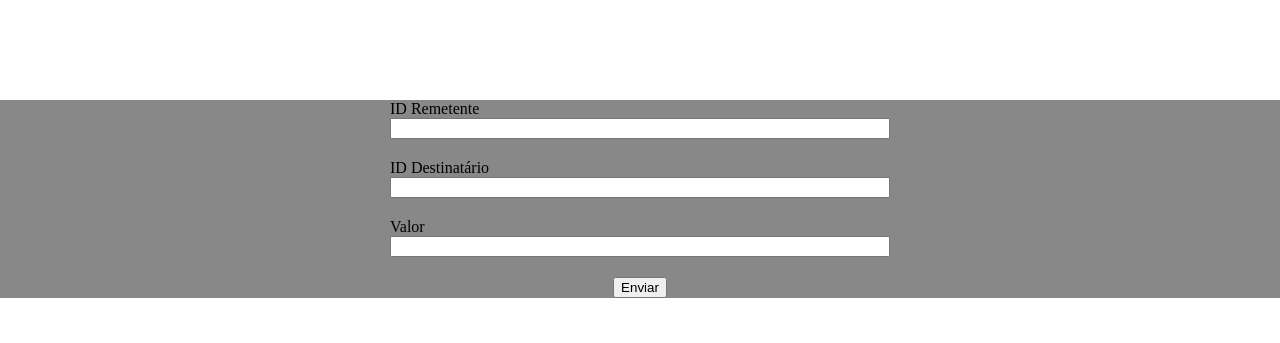
Repository: mateusilva8/tarefa-pix
Page: frontend/pix.html
These files come from the project's save history. The page is drawn as it stood at one moment and after the next save; the edit follows.
The browser window is 1280 px wide. The pictures show the whole page.

Above is the page before, as saved 2023-10-22 13:52:09.

### frontend/pix.html
<!DOCTYPE html>
<html lang="pt-BR">
<head>
  <meta charset="UTF-8">
  <meta name="viewport" content="width=device-width, initial-scale=1.0">
  <title>PIX</title>
  <link rel="preconnect" href="https://fonts.googleapis.com">
  <link rel="preconnect" href="https://fonts.gstatic.com" crossorigin>
  <link href="https://fonts.googleapis.com/css2?family=Inter:wght@400;700&display=swap" rel="stylesheet">
  <link rel="stylesheet" href="./css/pix.css">
</head>
<body>
    <div class="container">
        <div class="formulario">
            <form id="form">
                <div class="mb-3">
                  <label for="idRemetente" class="form-label">ID Remetente</label>
                  <input type="number" class="form-control" id="idRemetente">
                </div>
                <div class="mb-3">
                  <label for="idDestinatario" class="form-label">ID Destinatário</label>
                  <input type="number" class="form-control" id="idDestinatario">
                </div>
                <div class="mb-3">
                  <label for="valor" class="form-label">Valor</label>
                  <input type="number" class="form-control" id="valor">
                </div>
                <button type="button" class="btn btn-success" id="botaoEnviar">Enviar</button>
              </form>
        </div>
    </div>



  <script src="https://code.jquery.com/jquery-3.3.1.slim.min.js" integrity="sha384-q8i/X+965DzO0rT7abK41JStQIAqVgRVzpbzo5smXKp4YfRvH+8abtTE1Pi6jizo" crossorigin="anonymous"></script>
  <script src="https://cdnjs.cloudflare.com/ajax/libs/popper.js/1.14.3/umd/popper.min.js" integrity="sha384-ZMP7rVo3mIykV+2+9J3UJ46jBk0WLaUAdn689aCwoqbBJiSnjAK/l8WvCWPIPm49" crossorigin="anonymous"></script>
  <script src="./js/pix.js"></script>
</body>
</html>

### frontend/css/pix.css
body {
    margin: 0;
    padding: 0;
}

.container {
    background-color: rgb(136, 136, 136);
}

.formulario {
    margin-top: 100px;
    width: 100%;
    display: flex;
    flex-direction: column;
    align-items: center;
}

.formulario form {
    width: 500px;
    display: flex;
    flex-direction: column;
    align-items: center;
}

.mb-3 {
    display: flex;
    flex-direction: column;
    width: 100%;
    margin-bottom: 20px;
}

### frontend/js/pix.js
let idRemetente = document.getElementById('idRemetente');
let idDestinatario = document.getElementById('idDestinatario');
let valor = document.getElementById('valor')


async function realizarPix () {
    let payload = {
        senderId: idRemetente.value,
        recipientId: idDestinatario.value,
        value: valor.value,
      };

      let resposta = await fetch(`http://localhost:3000/pix-api/pix`, {
        method: 'POST',
        headers: {
            "Content-type" : 'application/json',
            "Acccept": 'appplication/json'
        },
        body: JSON.stringify(payload)
      });

      let mensagem = await resposta.json()

      if (mensagem.mensagem) {
          console.log(mensagem);
          alert(mensagem.mensagem);
      }else {
        console.log(mensagem);
        if (mensagem.error == 'The attribute "value" is required.')
        alert('Digite um valor válido');
        if (mensagem.error == 'The attribute "senderId" is required.')
        alert('Informe o ID do remetente');
        if (mensagem.error == 'The attribute "recipientId" is required.')
        alert('Informe o ID do destinatário');
      }

}

let botaoPix = document.getElementById('botaoEnviar');
  botaoPix.addEventListener('click', () => {
    realizarPix();
  })

After the next save:
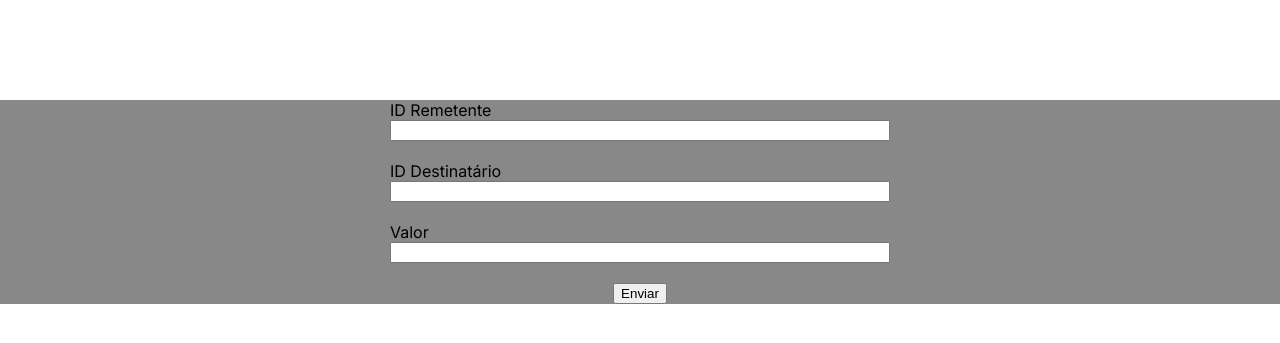
Saved 27 s later.
--- a/frontend/css/pix.css
+++ b/frontend/css/pix.css
@@ -1,6 +1,7 @@
 body {
     margin: 0;
     padding: 0;
+    font-family: 'Inter', sans-serif;
 }
 
 .container {
